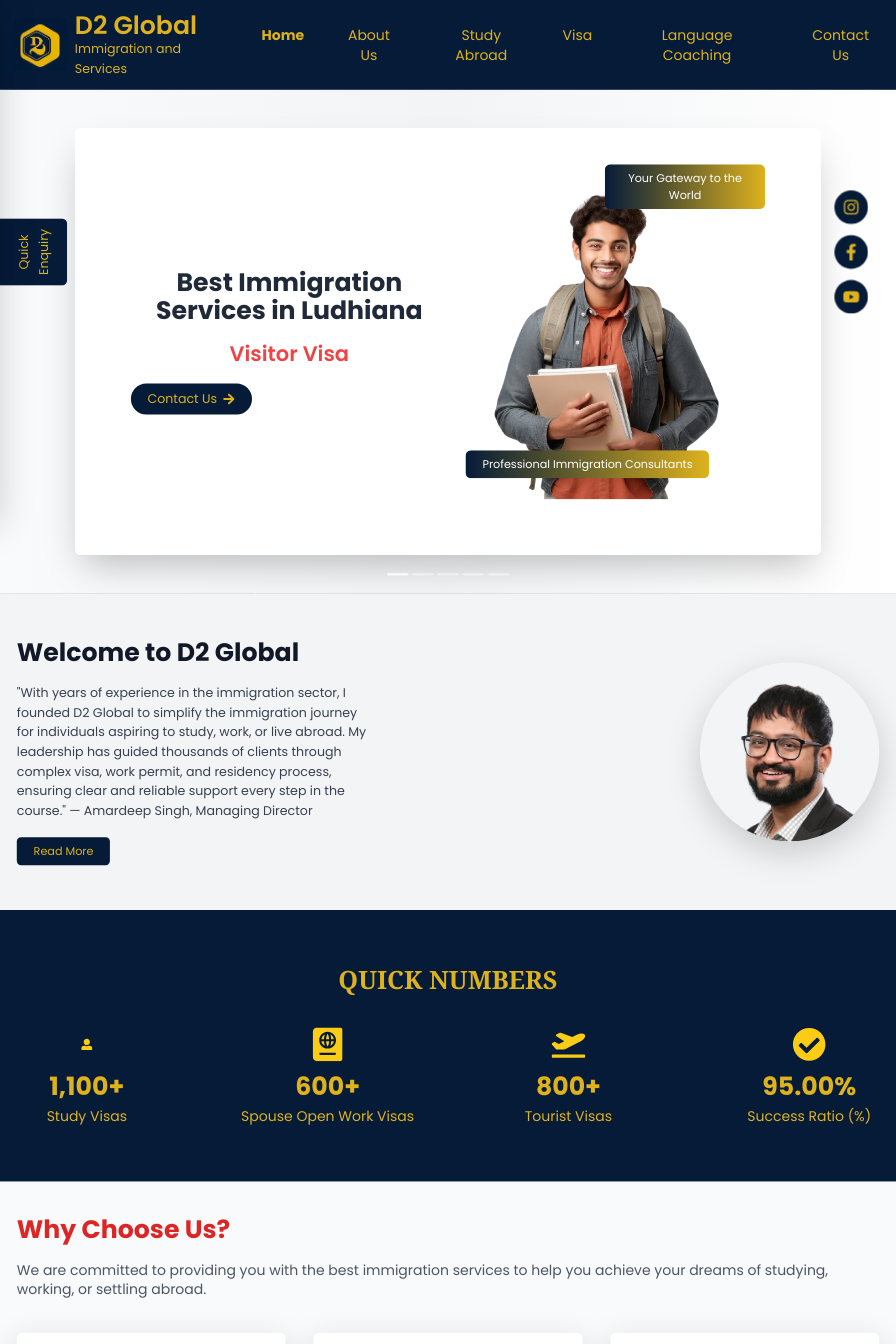
Repository: abhijeets54/d2globalbackup
Page: /
An editor plug-in stored every save of this project. The page is shown before and after the next save, followed by the edit.
The browser window is 1280 px wide. The pictures show the part of the page from y = 0 to 1920 px (the page is 6727 px tall), at 70% of full size.
The page's requests for data from a server got no answer. The project was rebuilt for these pictures with package versions that can differ from the ones it lists, and the page was loaded fresh each time. No one was signed in, and anything a server would have sent is missing. Also part of the build but not shown: vite.config.js, src/components/Button.jsx, src/components/PostCard.jsx, src/components/Input.jsx, src/components/PopupForm.jsx, src/components/Events.jsx, src/components/People.jsx, src/Newsletter/NewsletterComponent.jsx and 28 more. Imported but missing from the stored project, and not drawn on this page: src/components/Donate/RestoftheWorld.jsx, src/components/Donate/WithInIndia.jsx, src/components/JoinUs.jsx, src/components/Projects/Awareness.jsx, src/components/Projects/Education.jsx, src/components/Projects/HumanitarianAid.jsx, src/components/ThreePillars.jsx, src/pages/Donate.jsx and 2 more.

Above is the page before, as saved 2024-10-03 13:54:40.

After the next save:
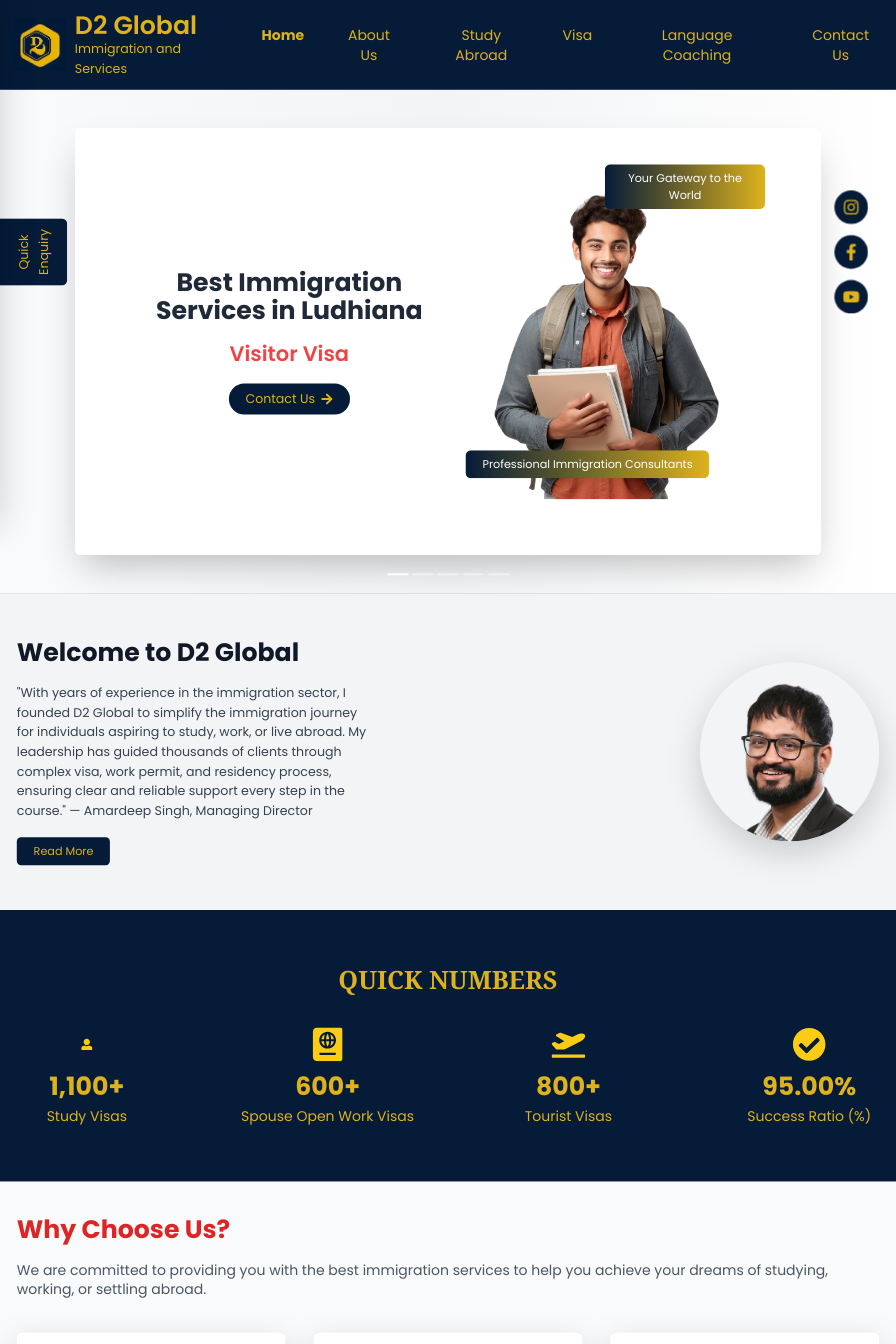
Saved 19 s later.
--- a/src/components/CollageWithAnimations.jsx
+++ b/src/components/CollageWithAnimations.jsx
@@ -46,7 +46,7 @@
             {displayedText}
           </motion.h2>
           <button
-            className="px-4 py-2 md:px-6 md:py-3 bg-customBlue text-customYellow rounded-3xl text-sm md:text-lg flex items-center justify-center mt-6"
+            className="px-4 py-2 mx-auto md:px-6 md:py-3 bg-customBlue text-customYellow rounded-3xl text-sm md:text-lg flex items-center justify-center mt-6"
             onClick={() => navigate('/Contactpage')}
           >
             Contact Us
